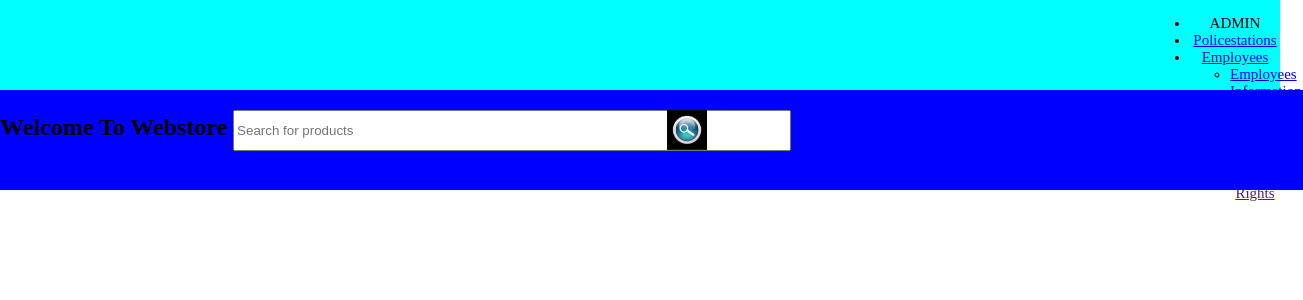
Repository: sourogithub/Final-yr-project-using-j2ee
Page: http://localhost/Webstore/JSP Pages/Front.jsp
The author's editor kept a copy of each file at every save. The page is drawn from the files as they stood at one save, then again after the next save.
The browser window is 1280 px wide. The page is 1303 px wide, then 1280 px, so the pictures cover 1303 px, including what lies to the right of the window. The pictures show the whole page.
The page is served by Tomcat 9.

Above is the page before, as saved 2017-04-11 11:13:19.

### Webstore/WebContent/JSP Pages/Front.jsp
<%@ page language="java" contentType="text/html; charset=ISO-8859-1"
    pageEncoding="ISO-8859-1"%>
<!DOCTYPE html PUBLIC "-//W3C//DTD HTML 4.01 Transitional//EN" "http://www.w3.org/TR/html4/loose.dtd">
<html>
<head>
<meta http-equiv="Content-Type" content="text/html; charset=ISO-8859-1">
<title>Top</title>
<link rel="stylesheet" type="text/css" href="../css/Front.css">
</head>
<body style="margin:0">
<div class="btn" align="center">
<div class="menu">
<ul>
        <li>
        <a>ADMIN</a>
        </li>
        <li> <a href="http://cbi.nic.in/rt_infoact/rti.php">Policestations</a> </li>
        <li> <a href="http://cbi.nic.in/rt_infoact/rti.php">Employees</a>
           <ul>
           <li><a href="policelogin.jsp">Employees Information</a></li>
           <li><a href="policereg.jsp">Employees Registration</a></li>
           <li><a href="policelogin.jsp">Job Records</a></li>
           <li><a href="">Employees Rights</a></li>
           </ul>
        </li>
</div></div>
<div id="Logo">
<h2>Welcome To Webstore
<input type="text" placeholder="Search for products" required style="border-width:2;width:550px;height:35px">
<a><img src="../images/search-images-17.jpg" height="40px" width="40px" style="position:fixed;right:573px"></a>
</h2>
</div>

</body>
</html>

### Webstore/WebContent/css/Front.css
.menu
{
	height:10px;
	 font-size:15px;
	 float:right;
	width:130px;
	 top:0px;
	 display:inline-block;
}
#Logo
{
	background:blue;
	 height:100px;
	 position:fixed;
	 top:90px;
	 width:1370px;
}
.btn
{
	background-color:#0FF;
	height:130px;
}

After the next save:
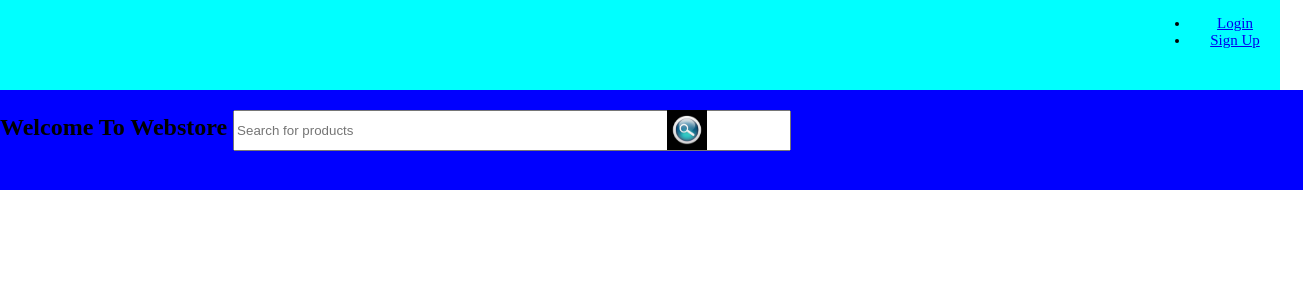
Saved 3 min 45 s later.
--- a/Webstore/WebContent/JSP Pages/Front.jsp
+++ b/Webstore/WebContent/JSP Pages/Front.jsp
@@ -10,19 +10,10 @@
 <body style="margin:0">
 <div class="btn" align="center">
 <div class="menu">
-<ul>
-        <li>
-        <a>ADMIN</a>
-        </li>
-        <li> <a href="http://cbi.nic.in/rt_infoact/rti.php">Policestations</a> </li>
-        <li> <a href="http://cbi.nic.in/rt_infoact/rti.php">Employees</a>
-           <ul>
-           <li><a href="policelogin.jsp">Employees Information</a></li>
-           <li><a href="policereg.jsp">Employees Registration</a></li>
-           <li><a href="policelogin.jsp">Job Records</a></li>
-           <li><a href="">Employees Rights</a></li>
-           </ul>
-        </li>
+     <ul>
+     <li><a href="login.jsp">Login</a></li>
+     <li><a href="Sign_up.jsp">Sign Up</a></li>
+     </ul>
 </div></div>
 <div id="Logo">
 <h2>Welcome To Webstore
